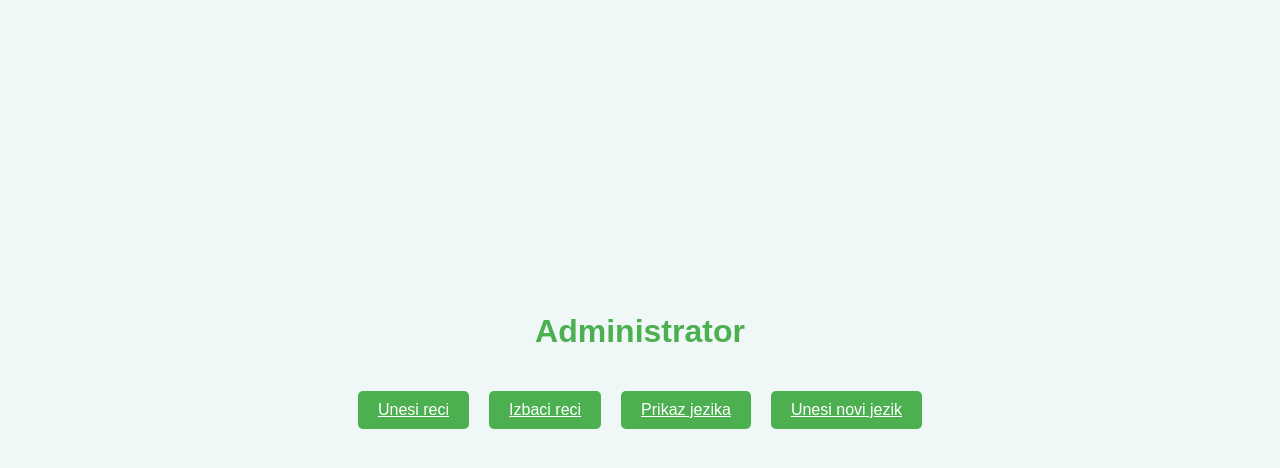
Repository: jodz4k/Polilingo-Spring-web-app
Page: http://localhost/PolilingoWeb/administrator.jsp
The author's editor kept a copy of each file at every save. The page is drawn from the files as they stood at one save, then again after the next save.
The browser window is 1280 px wide. The pictures show the whole page.
The page is served by Tomcat 10. Other server files are loaded and not shown.

Above is the page before, as saved 2024-01-29 18:03:07.

### PolilingoWeb/src/main/webapp/administrator.jsp
<%@ page language="java" contentType="text/html; charset=ISO-8859-1"
    pageEncoding="ISO-8859-1"%>
<!DOCTYPE html>
<html>
<head>
    <meta charset="UTF-8">
    <meta name="viewport" content="width=device-width, initial-scale=1.0">
    <title>Administrator</title>
    <style>
        body {
            background-color: #f0f8f7; /* svetlozelena boja pozadine */
            font-family: Arial, sans-serif;
            text-align: center;
            margin: 0;
            padding: 0;
            height: 100vh;
            display: flex;
            flex-direction: column;
            align-items: center;
            justify-content: center;
        }

        h1 {
            color: #4caf50;
        }

        .button-container {
            display: flex;
            flex-wrap: wrap;
            gap: 20px;
            margin-top: 20px;
        }

        .button {
            padding: 10px 20px;
            font-size: 16px;
            cursor: pointer;
            border: none;
            border-radius: 5px;
            transition: background-color 0.3s;
        }

        .add-word-button {
            background-color: #4caf50; /* zelena boja za dodavanje reci */
            color: white;
        }

        .remove-words-button {
            background-color: #4caf50; /* zelena boja za izbacivanje reci */
            color: white;
        }

        .view-stats-button {
            background-color: #4caf50; /* zelena boja za statistike */
            color: white;
        }

        .add-language-button {
            background-color: #4caf50; /* zelena boja za dodavanje jezika */
            color: white;
        }

        .button:hover {
            background-color: #34495e; /* tamnija nijansa na hover efektu */
        }
    </style>
</head>

<body>
    <h1>Administrator</h1>

    <div class="button-container">
		<a href="/Polilingo/admUnosNovihReci.jsp" class="button add-word-button">Unesi reci</a>
		<a href="/Polilingo/admIzbacivanjeReci.jsp" class="button remove-words-button">Izbaci reci</a>
		<a href="/Polilingo/jezik/ispisiJezike" class="button view-stats-button">Prikaz jezika</a>
		<a href="/Polilingo/admUnesiJezik.jsp" class="button add-language-button">Unesi novi jezik</a>
    </div>
</body>

</html>

After the next save:
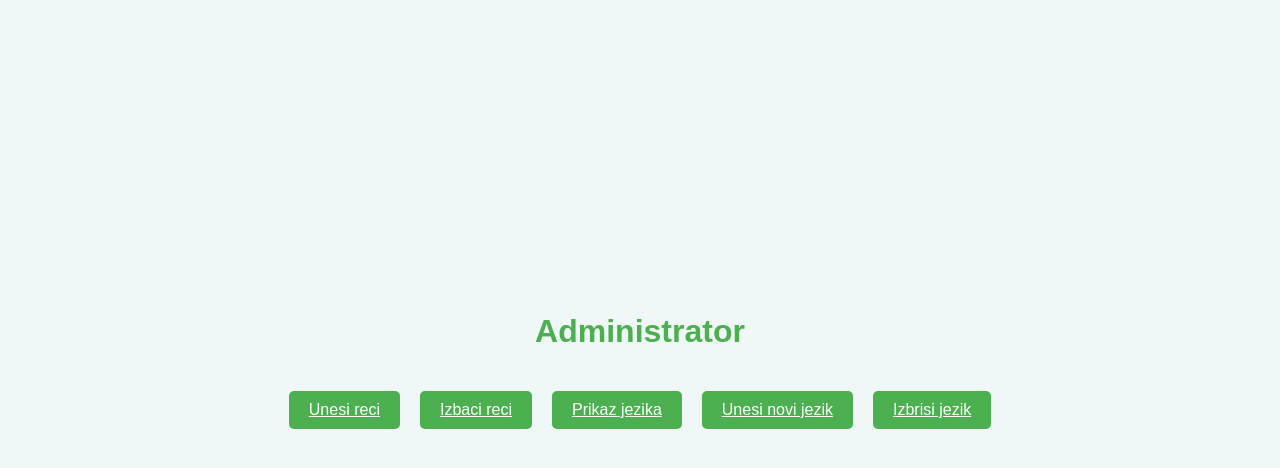
Saved 47 s later.
--- a/PolilingoWeb/src/main/webapp/administrator.jsp
+++ b/PolilingoWeb/src/main/webapp/administrator.jsp
@@ -74,6 +74,7 @@
 		<a href="/Polilingo/admIzbacivanjeReci.jsp" class="button remove-words-button">Izbaci reci</a>
 		<a href="/Polilingo/jezik/ispisiJezike" class="button view-stats-button">Prikaz jezika</a>
 		<a href="/Polilingo/admUnesiJezik.jsp" class="button add-language-button">Unesi novi jezik</a>
+		<a href="/Polilingo/admUnesiJezik.jsp" class="button add-language-button">Izbrisi jezik</a>
     </div>
 </body>
 
